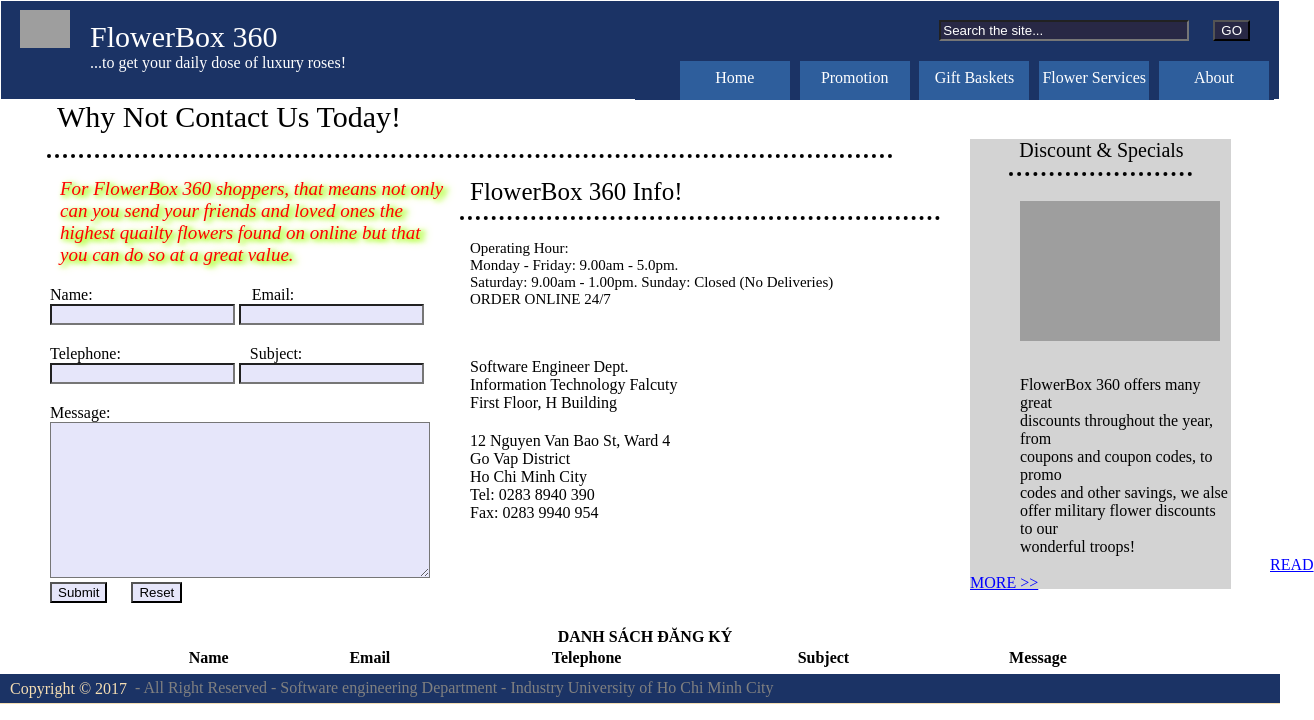
Repository: G1tHub-zer0/BTTH
Page: KT/index.html
These files come from the project's save history. The page is drawn as it stood at one moment and after a run of saves; the edit follows.
The browser window is 1280 px wide. The page is 1314 px wide, so the pictures cover 1314 px, including what lies to the right of the window. The pictures show the whole page.
Pictures or frames that could not be fetched are drawn as grey boxes.

Above is the page before, as saved 2024-04-12 14:24:25.

### KT/index.html
<!DOCTYPE html>
<html lang="en">

<head>
    <meta charset="UTF-8">
    <meta http-equiv="X-UA-Compatible" content="IE=edge">
    <link rel="stylesheet" href="app.css">
    <meta name="viewport" content="width=device-width, initial-scale=1.0">
    <title></title>
</head>

<body>
    <div class="container">
        <header>
            <div class="logo">
                <img
                    src="https://encrypted-tbn1.gstatic.com/images?q=tbn:ANd9GcSCItUfJia5NZjMVaBQ3rzkajxs_MzsOlNAoqBRyz2l8tWaO1zV">
            </div>
            <div class="name">
                <p class="p1">
                    FlowerBox 360 <br>
                </p>
                <p>
                    ...to get your daily dose of luxury roses!
                </p>
            </div>
            <form action="">
                <input class="type" type="text" name="" id="" placeholder="Search the site...">
                <input class="btn" type="button" value="GO">
            </form>
            <nav>
                <ul>
                    <li>
                        <a href="">Home</a>
                    </li>
                    <li>
                        <a href="">Promotion</a>
                    </li>
                    <li>
                        <a href="">Gift Baskets</a>
                    </li>
                    <li class="fs">
                        <a href="">Flower Services</a>
                        <ul class="child-mn">
                            <li><a href="">Flower for Wedding</a></li>
                            <li><a href="">Flower for Conference</a></li>
                        </ul>
                    </li>
                    <li>
                        <a href="">About</a>
                    </li>
                </ul>
            </nav>
        </header>
        <main>
            <div class="main">
                <form action="" method="post">
                    <div class="title">
                        <P class="p2">Why Not Contact Us Today!</P>
                    </div>
                    <div class="content">
                        <div class="content-left">
                            <p class="p3">
                                For FlowerBox 360 shoppers, that means not only
                                can you send your friends and loved ones the
                                highest quailty flowers found on online but that you
                                can do so at a great value.
                            </p>
                            <div class="enter">
                                <label id="lb-name" for="Name">Name: </label>
                                <label for="email">Email:</label> <br>
                                <input type="text" name="Name" id="inp-name" required>
                                <input type="email" name="email" id="inp-email"><br>
                                <label id="lb-tel" for="tel">Telephone:</label>
                                <label for="sub" class="sub">Subject:</label> <br>
                                <input type="tel" name="tel" id="inp-tel">
                                <input type="text" name="sub" id="inp-subject"><br>
                                <label for="mes">Message:</label><br>
                                <textarea name="mes" id="inp-message" cols="30" rows="10"></textarea> <br>
                                <div class="form-group">
                                    <input type="button" value="Submit" onclick="submitForm()" id="inp-left">
                                    <input type="reset" value="Reset" id="xoa">
                                </div>
                            </div>
                        </div>

                        <div class="content-right">
                            <div class="title2">
                                <p class="p2"> FlowerBox 360 Info!</p>
                            </div>
                            <p class="p4">
                                Operating Hour: <br>
                                Monday - Friday: 9.00am - 5.0pm. <br>
                                Saturday: 9.00am - 1.00pm.
                                Sunday: Closed (No Deliveries) <br>
                                ORDER ONLINE 24/7
                            </p>
                            <p class="p5">
                                Software Engineer Dept. <br>
                                Information Technology Falcuty <br>
                                First Floor, H Building
                            </p>
                            <p class="p6">
                                12 Nguyen Van Bao St, Ward 4 <br>
                                Go Vap District <br>
                                Ho Chi Minh City <br>
                                Tel: 0283 8940 390 <br>
                                Fax: 0283 9940 954
                            </p>
                        </div>
                    </div>
                </form>

                <section>
                    <div class="content-second">
                        <div class="title">
                            <p>Discount & Specials</p>
                        </div>
                        <div class="image">
                            <img
                                src="https://encrypted-tbn1.gstatic.com/images?q=tbn:ANd9GcSCItUfJia5NZjMVaBQ3rzkajxs_MzsOlNAoqBRyz2l8tWaO1zV">
                        </div>
                        <p class="p7">
                            FlowerBox 360 offers many great <br>
                            discounts throughout the year, from <br>
                            coupons and coupon codes, to promo <br>
                            codes and other savings, we alse <br>
                            offer military flower discounts to our <br>
                            wonderful troops!
                        </p>
                        <a href=""> READ MORE >></a>
                    </div>
                </section>

            </div>

            <p style="font-weight: bold; text-align: center;">DANH SÁCH ĐĂNG KÝ</p>
            <table style="width: 1px; width: 80%; text-align: center;">
                <tr>
                    <td style="text-align: center; font-weight: bold;">Name</td>
                    <td style="text-align: center; font-weight: bold;">Email</td>
                    <td style="text-align: center; font-weight: bold;">Telephone</td>
                    <td style="text-align: center; font-weight: bold;"> Subject</td>
                    <td style="text-align: center; font-weight: bold;"> Message </td>
                </tr>
                <tr>
                    <td id="Name"></td>
                    <td id="Email"></td>
                    <td id="Telephone"></td>
                    <td id="Subject"></td>
                    <td id="Message"></td>
                </tr>
            </table>
        </main>

        <footer>
            <p class="copy">
                Copyright &copy; 2017
            </p>
            <p class="ar">
                - All Right Reserved - Software engineering Department - Industry University of Ho Chi Minh City
            </p>
        </footer>


    </div>
</body>

</html>

### KT/app.css
* {
  margin: auto;
  padding: auto;
  box-sizing: border-box;
}
.container {
  width: 100%;
  height: 100%;
}
header {
  width: 100%;
  height: 100px;
  border: 1px solid;
  background-color: rgb(27, 51, 101);
  color: white;
  display: inline-flex;
}
.logo img {
  top: 10px;
  width: 50px;
  left: 20px;
  position: absolute;
}

.p1 {
  font-size: 30px;
}
.name {
  position: absolute;
  left: 80px;
  top: 20px;
}

header form {
  position: absolute;
  right: 30px;
  top: 20px;
}
header form input {
  background-color: rgb(40, 40, 69);
  color: white;
}
header form .type {
  width: 250px;
}
header form input::placeholder {
  color: white;
}
header form .btn {
  margin-left: 20px;
}
nav {
  width: 50%;
  background-color: rgb(27, 51, 101);
  margin-top: 60px;
  margin-right: 5px;
}

nav ul {
  display: flex;
  list-style-type: none;
}
nav ul li {
  width: 110px;
  height: 39px;
  background-color: rgb(46, 94, 156);
  text-align: center;
}
nav ul li a {
  color: white;
  text-decoration: none;
  bottom: -8px;
  position: relative;
}
.main {
  display: flex;
  width: 100%;
}

.main form {
  width: 80%;
}
.main form .title {
  font-size: 30px;
  width: 90%;
  border-bottom: 4px dotted;
}
.form-group button {
  margin-left: 10px;
  padding: 5px 10px;
  border: 1px solid #ccc;
  background-color: #000;
  color: #fff;
  cursor: pointer;
}

.form-group button:hover {
  background-color: #ccc;
  color: #000;
}
.main form .title .p2 {
  margin-bottom: 20px;
}
.main form .content {
  width: 100%;

  margin-bottom: 5px;
  display: flex;
}
.content-left {
  width: 400px;
  margin-left: 50px;
  margin-top: 20px;
}
.main form .content .p3 {
  font-style: italic;
  font-size: 19px;
  color: red;
  text-shadow: 1px 2px 4px greenyellow,
    5px 2px 4px greenyellow, 5px 2px 8px greenyellow;
}
.content-left .enter {
  margin-top: 20px;
}
#lb-name {
  margin-right: 155px;
}
#lb-tel {
  margin-right: 125px;
}
.content-left .enter #inp-left {
  margin-right: 20px;
}
.content-left .enter input {
  margin-bottom: 20px;
}
textarea {
  width: 380px;
  background-color: lavender;
}
.content-right {
  margin-left: 10px;
  margin-top: 20px;
}
.content-right .title2 {
  width: 480px;
  border-bottom: 4px dotted;
}
.title2 .p2 {
  font-size: 25px;
  margin-bottom: 10px;
}
.main form input {
  background-color: lavender;
}
.p4 {
  margin-top: 20px;
  font-size: 15px;
}
.p5 {
  margin-top: 50px;
}
.p6 {
  margin-top: 20px;
}
section {
  width: 50%;
  display: block;
}
section .title {
  /* position: relative; */
  width: 70%;
  font-size: 20px;
  border-bottom: 4px dotted;
}
section .title p {
  margin-bottom: 10px;
}
section .image {
  width: 320px;
  height: 150px;
  margin-top: 20px;
}
section .image img {
  width: 200px;
  height: 140px;
  margin-left: 50px;
  margin-top: 5px;
}
section .content-second {
  width: 70%;
  height: 450px;
  margin-left: 30px;
  background-color: lightgray;
}
section .content-second .p7 {
  margin-left: 50px;
  margin-top: 30px;
}
section .content-second a {
  color: blue;
  font: 900;
  margin-left: 300px;
}
footer {
  background-color: rgb(27, 51, 101);
  width: 100%;
  height: 30px;
  border-bottom: 1px solid;
  color: wheat;
  display: inline-flex;
}
p {
  margin-left: 10px;
}
.child-mn {
  display: none;
  position: absolute;
  color: wheat;
  left: 1310px;
  margin-top: 21px;
  margin-left: 10px;
  z-index: 1;
}
.child-mn li {
  width: 180px;
  border-top: 2px blue solid;
  height: 50px;
}
.fs:hover .child-mn {
  display: block;
}
.child-mn li:hover {
  background-color: rgb(27, 51, 101);
}
.ar {
  margin-top: 5px;
  color: grey;
  margin-left: 5px;
  position: absolute;
  left: 130px;
}

After the next 2 saves:
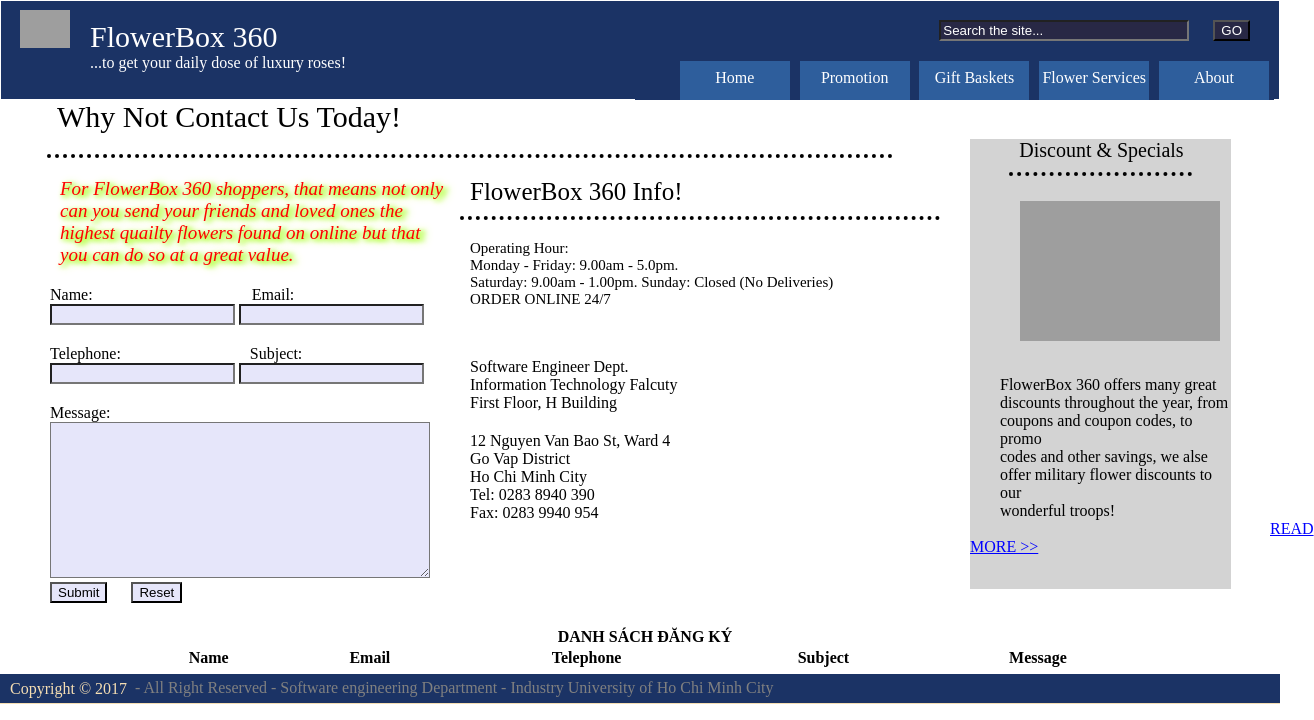
The 2 saves are shown as one change because they came seconds apart.
The last was saved 12 s later.
--- a/KT/app.css
+++ b/KT/app.css
@@ -194,7 +194,7 @@ section .content-second {
   background-color: lightgray;
 }
 section .content-second .p7 {
-  margin-left: 50px;
+  margin-left: 30px;
   margin-top: 30px;
 }
 section .content-second a {
